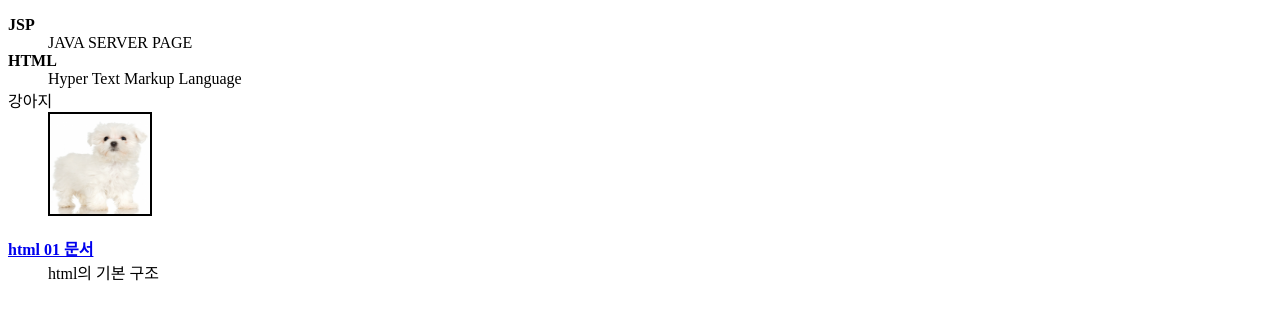
Repository: salee1023/JSP_Practice
Page: HTML_CSS_JS_practice01/src/main/webapp/html02.htm
The author's editor kept a copy of each file at every save. The page is drawn from the files as they stood at one save, then again after the next save.
The browser window is 1280 px wide. The pictures show the whole page.

Above is the page before, as saved 2021-08-16 10:35:41.

### HTML_CSS_JS_practice01/src/main/webapp/html02.htm
<!DOCTYPE html>
<html>
<head>
<meta charset="EUC-KR">
<title>html 연습02</title>
</head>
<body>
	<dl> <!-- Dictionary List -->
		<dt><b>JSP</b></dt>
		<dd>JAVA SERVER PAGE</dd>
		<dt><strong>HTML</strong></dt>
		<dd>Hyper Text Markup Language</dd>
		<dt>강아지</dt>
		<dd><img src="img/1.PNG" width="100" height="100" border="2"></dd>
	</dl>

	<!-- <a> 링크를 걸때 사용하는 태그 : 특정 페이지로 이동할 수 있다. -->
	<dt><b><a href="html01.htm">html 01 문서</a></b></dt>
	<dd>html의 기본 구조</dd>
</body>
</html>

After the next save:
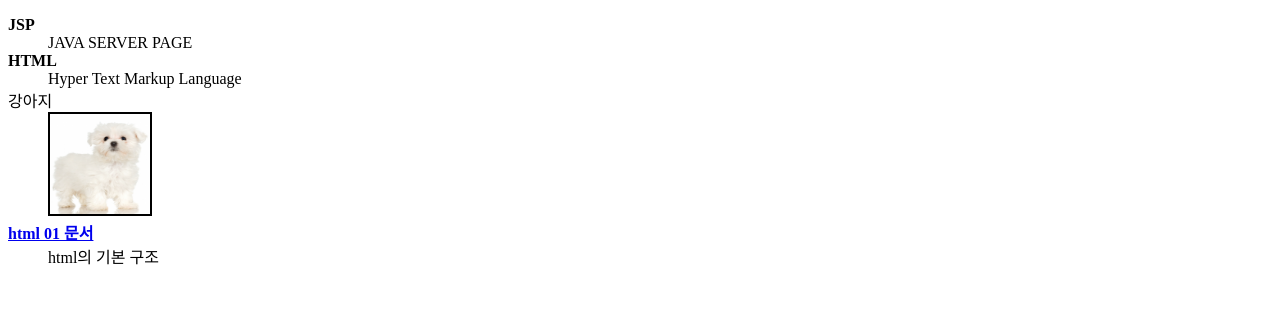
Saved 3 min 55 s later.
--- a/HTML_CSS_JS_practice01/src/main/webapp/html02.htm
+++ b/HTML_CSS_JS_practice01/src/main/webapp/html02.htm
@@ -12,10 +12,12 @@
 		<dd>Hyper Text Markup Language</dd>
 		<dt>강아지</dt>
 		<dd><img src="img/1.PNG" width="100" height="100" border="2"></dd>
+
+		<!-- <a> 링크를 걸때 사용하는 태그 : 특정 페이지로 이동할 수 있다. -->
+		<dt><b><a href="html01.htm">html 01 문서</a></b></dt>
+		<dd>html의 기본 구조</dd>
 	</dl>
 
-	<!-- <a> 링크를 걸때 사용하는 태그 : 특정 페이지로 이동할 수 있다. -->
-	<dt><b><a href="html01.htm">html 01 문서</a></b></dt>
-	<dd>html의 기본 구조</dd>
+
 </body>
 </html>
